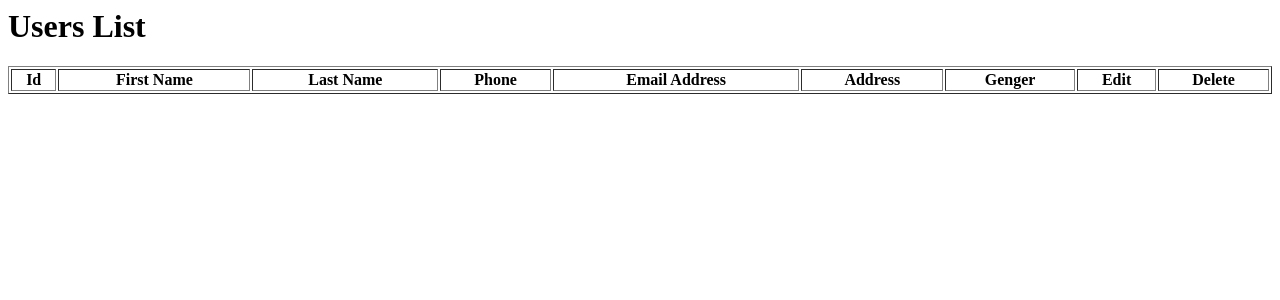
Repository: Muhairiz/Web
Page: http://localhost/E-Libraries/ViewUser
The author's editor kept a copy of each file at every save. The page is drawn from the files as they stood at one save, then again after a run of saves.
The browser window is 1280 px wide. The pictures show the whole page.
The page is served by Tomcat 9. Other server files are loaded and not shown. Queries for data that is not in the repository find no rows.

Above is the page before, as saved 2020-08-07 10:24:35.

### E-Libraries/src/ViewUser.java


import java.io.IOException;
import java.io.PrintWriter;
import java.util.*;

import javax.servlet.ServletException;
import javax.servlet.annotation.WebServlet;
import javax.servlet.http.HttpServlet;
import javax.servlet.http.HttpServletRequest;
import javax.servlet.http.HttpServletResponse;


/**
 * Servlet implementation class ViewUser
 */
@WebServlet("/ViewUser")
public class ViewUser extends HttpServlet {
	private static final long serialVersionUID = 1L;

    /**
     * @see HttpServlet#HttpServlet()
     */
    public ViewUser() {
        super();
        // TODO Auto-generated constructor stub
    }

	/**
	 * @see HttpServlet#doGet(HttpServletRequest request, HttpServletResponse response)
	 */
	protected void doGet(HttpServletRequest request, HttpServletResponse response) throws ServletException, IOException {
		// TODO Auto-generated method stub
		//response.getWriter().append("Served at: ").append(request.getContextPath());
		response.setContentType("text/html");
        PrintWriter out=response.getWriter();
        out.println("<h1>Users List</h1>");

        List<Users> list=UsersDao.getAllUsers();

        out.print("<table border='1' width='100%'");
        out.print("<tr><th>Id</th><th>First Name</th><th>Last Name</th><th>Phone</th><th>Email Address</th><th>Address</th><th>Genger</th> <th>Edit</th><th>Delete</th></tr>");
        for(Users u:list){
            out.print("<tr><td>"+u.getId()+"</td><td>"+u.getFirstname()+"</td><td>"+u.getLastname()+"</td><td>"+u.getPhone()+"</td><td>"+u.getEmail()+"</td><td>"+u.getAddress()+"</td><td>"+u.getGender()+"</td><td><a href='EditServlet?id="+u.getId()+"'>edit</a></td><td><a href='DeleteServlet?id="+u.getId()+"'>delete</a</td></tr>");
        }
        out.print("</table>");

        out.close();
	}

	/**
	 * @see HttpServlet#doPost(HttpServletRequest request, HttpServletResponse response)
	 */
	protected void doPost(HttpServletRequest request, HttpServletResponse response) throws ServletException, IOException {
		// TODO Auto-generated method stub
		doGet(request, response);
	}

}

### E-Libraries/src/UsersDao.java
import java.sql.*;
import java.util.*;

public class UsersDao {

	public static Connection getConnection(){
        Connection con=null;
        try{
            Class.forName("com.mysql.jdbc.Driver");
            con= DriverManager.getConnection("jdbc:mysql://localhost/ELibrary","root","");
        }catch(Exception e){System.out.println(e);}
        return con;
    }

	public static int saveUser(Users u) {
		int result =0;

		try {
			Connection conn=UsersDao.getConnection();
			PreparedStatement ps=conn.prepareStatement("insert into users_tb(first_name,last_name,phone,email,address,gender,username,password) values(?,?,?,?,?,?,?,?)");
			ps.setString(1, u.getFirstname());
			ps.setString(2, u.getLastname());
			ps.setString(3, u.getPhone());
			ps.setString(4, u.getEmail());
			ps.setString(5, u.getAddress());
			ps.setString(6, u.getGender());
			ps.setString(7, u.getUsername());
			ps.setString(8, u.getPassword());
			result =ps.executeUpdate();
			conn.close();
		}catch(Exception ex){ex.printStackTrace();}

        return result;
	}

	 public static List<Users> getAllUsers(){
	        List<Users> list=new ArrayList<Users>();

	        try{
	            Connection con=UsersDao.getConnection();
	            PreparedStatement ps=con.prepareStatement("select * from users_tb");
	            ResultSet rs=ps.executeQuery();
	            while(rs.next()){
	                Users u=new Users();
	                u.setId(rs.getInt(1));
	                u.setFirstname(rs.getString(2));
	                u.setLastname(rs.getString(3));
	                u.setPhone(rs.getString(4));
	                u.setEmail(rs.getString(5));
	                u.setAddress(rs.getString(6));
	                u.setGender(rs.getString(7));
	                list.add(u);
	            }
	            con.close();
	        }catch(Exception e){e.printStackTrace();}

	        return list;
	    }

}

After the next 2 saves:
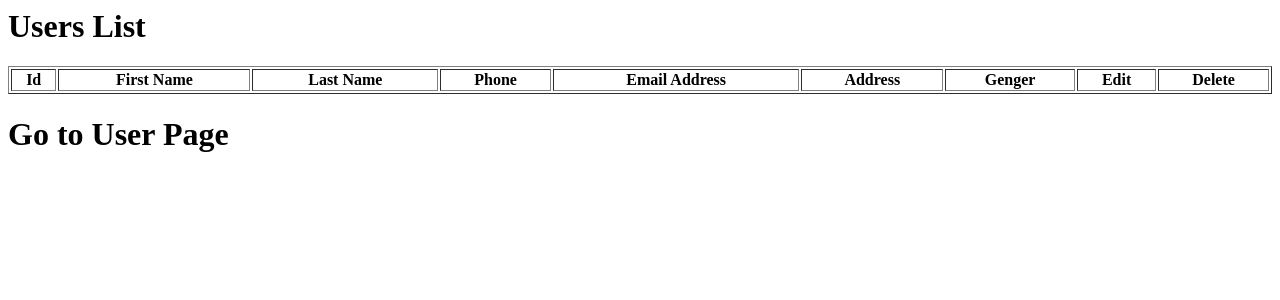
The 2 saves are shown as one change because 1 did not build or start.
The last was saved 4 min 1 s later.
--- a/E-Libraries/src/ViewUser.java
+++ b/E-Libraries/src/ViewUser.java
@@ -44,6 +44,7 @@ public class ViewUser extends HttpServlet {
             out.print("<tr><td>"+u.getId()+"</td><td>"+u.getFirstname()+"</td><td>"+u.getLastname()+"</td><td>"+u.getPhone()+"</td><td>"+u.getEmail()+"</td><td>"+u.getAddress()+"</td><td>"+u.getGender()+"</td><td><a href='EditServlet?id="+u.getId()+"'>edit</a></td><td><a href='DeleteServlet?id="+u.getId()+"'>delete</a</td></tr>");
         }
         out.print("</table>");
+        out.println("<h1><a>Go to User Page</a></h1>");
 
         out.close();
 	}
